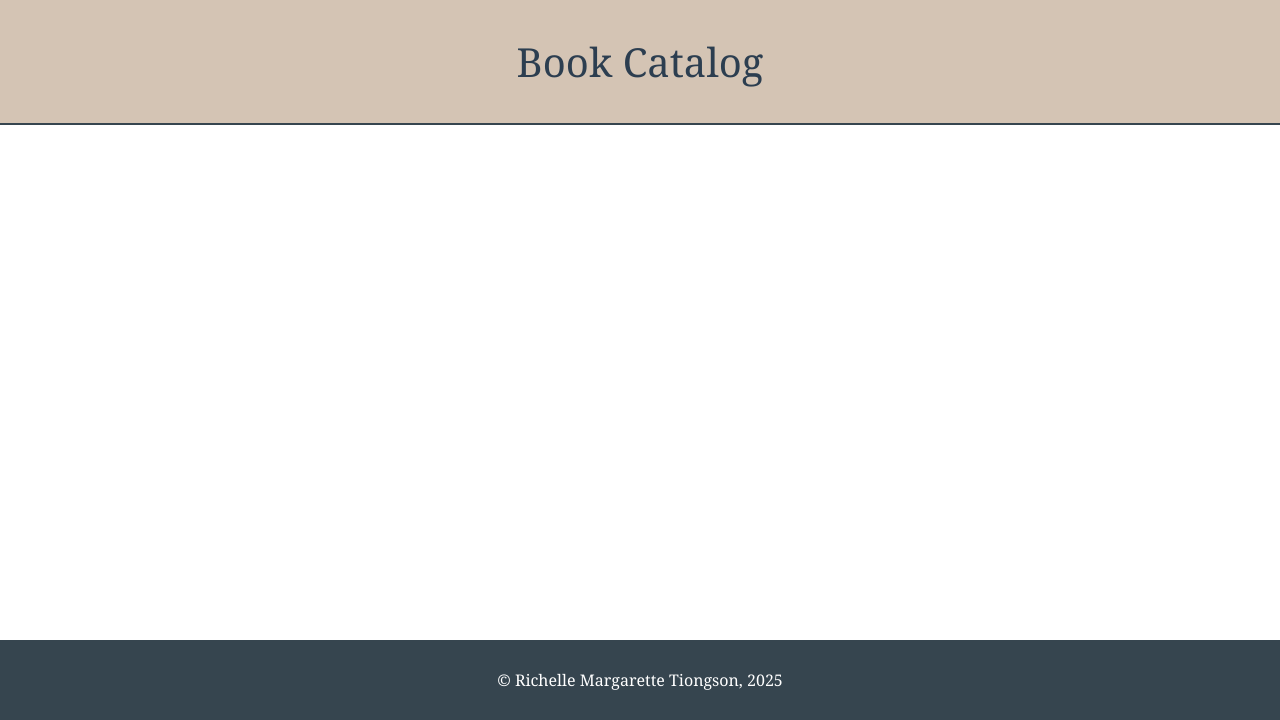
Repository: richelletiongson/comp3170_lab01
Page: /
The author's editor kept a copy of each file at every save. The page is drawn from the files as they stood at one save, then again after the next save.
The browser window is 1280 px wide. The pictures show the whole page.
The project was rebuilt for these pictures with package versions that can differ from the ones it lists, and the page was loaded fresh each time. Also part of the build but not shown: vite.config.js.

Above is the page before, as saved 2025-09-13 23:04:35.

### index.html
<!doctype html>
<html lang="en">
  <head>
    <meta charset="UTF-8" />
    <link rel="stylesheet" href="src/index.css"/>
    <meta name="viewport" content="width=device-width, initial-scale=1.0" />
    <title>Book Catalog</title>
  </head>
  <body>
    <div id="root"></div>
    <script type="module" src="/src/main.jsx"></script>
  </body>
</html>

### src/index.css
* {
  margin: 0;
  padding: 0;
  box-sizing: border-box;
}

body {
  font-family: 'Georgia', 'Times New Roman', serif;
  height: 100vh;
  display: flex;
  flex-direction: column;
}

.app {
  display: flex;
  flex-direction: column;
  min-height: 100vh;
}

.header {
  background-color: #D4C4B4;
  height: 125px;
  display: flex;
  align-items: center;
  justify-content: center;
  border-bottom: 2px solid #36454F;
}

.header-title {
  color: #2C3E50;
  font-size: 2.5rem;
  font-weight: normal;
  text-align: center;
  margin: 0;
}

.main-content {
  flex: 1;
  background-color: #FFFFFF;
  padding: 2rem;
}

.footer {
  background-color: #36454F;
  height: 80px;
  display: flex;
  align-items: center;
  justify-content: center;
}

.footer-text {
  color: #FFFFFF;
  font-size: 1rem;
  margin: 0;
  text-align: center;
}

### src/App.jsx

import './index.css'

function App() {
  return (
    <div className="app">
      <header className="header">
        <h1 className="header-title">Book Catalog</h1>
      </header>

      <main className="main-content">
        {/* Main content will go here */}
      </main>

      <footer className="footer">
        <p className="footer-text">© Richelle Margarette Tiongson, 2025</p>
      </footer>
    </div>
  )
}

export default App

Loaded but not shown: src/main.jsx (common file)

After the next save:
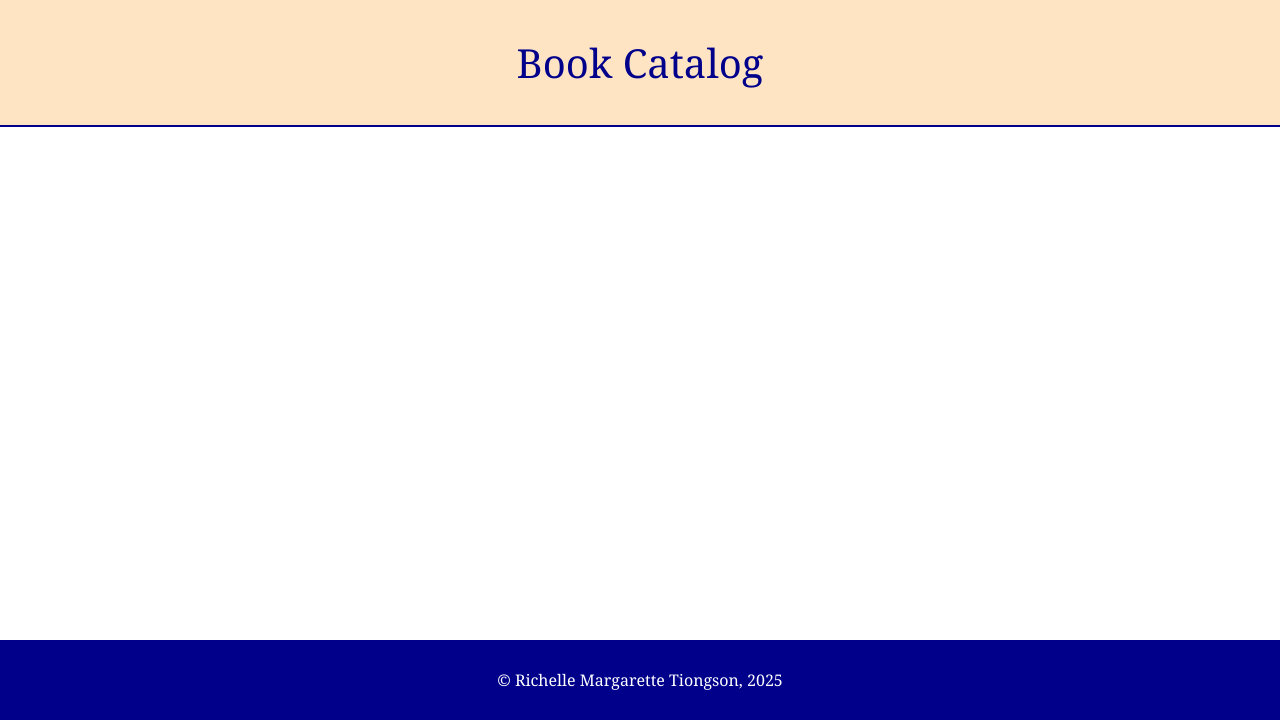
Saved 87 s later.
--- a/src/index.css
+++ b/src/index.css
@@ -1,7 +1,6 @@
 * {
   margin: 0;
   padding: 0;
-  box-sizing: border-box;
 }
 
 body {
@@ -18,16 +17,16 @@ body {
 }
 
 .header {
-  background-color: #D4C4B4;
+  background-color: bisque;
   height: 125px;
   display: flex;
   align-items: center;
   justify-content: center;
-  border-bottom: 2px solid #36454F;
+  border-bottom: 2px solid darkblue;
 }
 
 .header-title {
-  color: #2C3E50;
+  color: darkblue;
   font-size: 2.5rem;
   font-weight: normal;
   text-align: center;
@@ -41,7 +40,7 @@ body {
 }
 
 .footer {
-  background-color: #36454F;
+  background-color: darkblue;
   height: 80px;
   display: flex;
   align-items: center;
